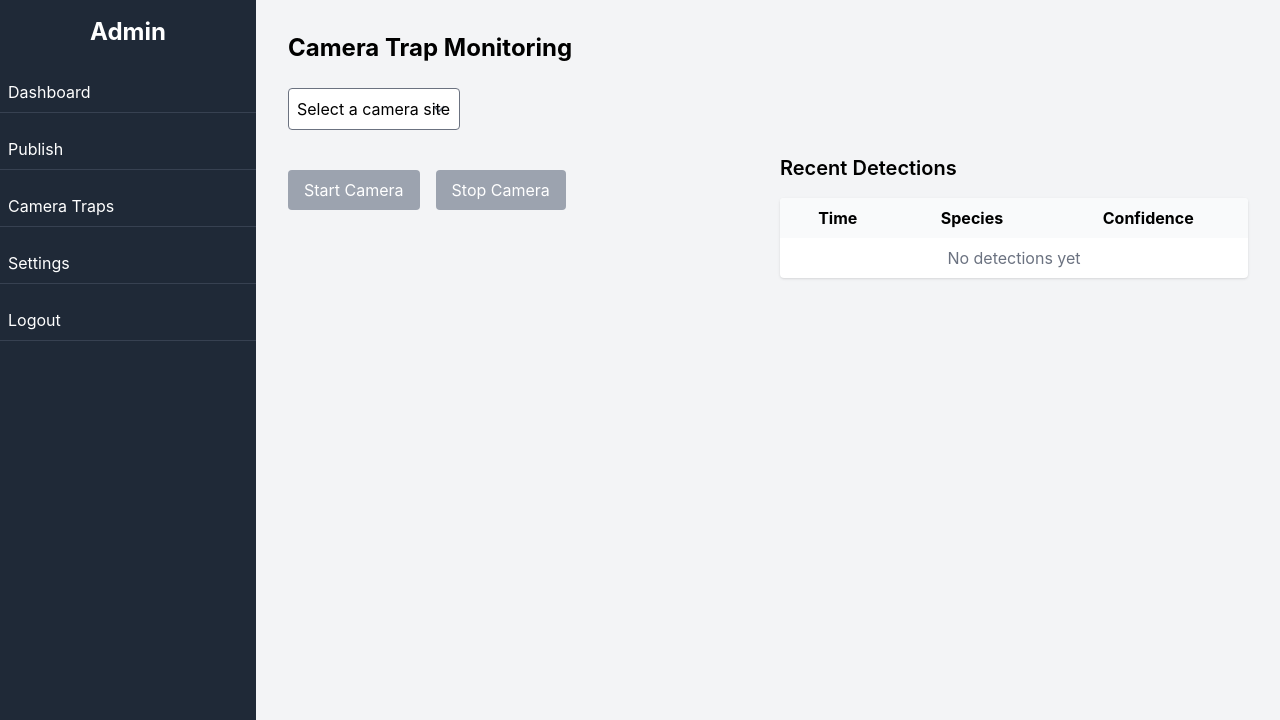
Repository: DominicMathew240/wildlife
Page: /pages/admin/dashboard/camera_traps
The author's editor kept a copy of each file at every save. The page is drawn from the files as they stood at one save, then again after a run of saves.
The browser window is 1280 px wide. The pictures show the whole page.
Some web libraries are served in a nearby version. The project was rebuilt for these pictures with package versions that can differ from the ones it lists, and the page was loaded fresh each time. The framework's server and built-in components were replaced by stand-ins that run in the browser. Also part of the build but not shown: next.config.mjs.

Above is the page before, as saved 2024-11-25 19:02:20.

### src/app/layout.js
import localFont from "next/font/local";
import "./globals.css";

const geistSans = localFont({
  src: "./fonts/GeistVF.woff",
  variable: "--font-geist-sans",
  weight: "100 900",
});
const geistMono = localFont({
  src: "./fonts/GeistMonoVF.woff",
  variable: "--font-geist-mono",
  weight: "100 900",
});

export const metadata = {
  title: "Wild Life",
  description: "Wild Life of Sarawak",
};

export default function RootLayout({ children }) {
  return (
    <html lang="en">
      <head>
        <link href="https://cdn.jsdelivr.net/npm/flowbite@2.5.1/dist/flowbite.min.css" rel="stylesheet" />
      </head>
      <body className={`${geistSans.variable} ${geistMono.variable} antialiased`} >
        {children}

        <script src="https://cdn.jsdelivr.net/npm/flowbite@2.5.1/dist/flowbite.min.js"></script>
      </body>
    </html>
  );
}

### src/app/pages/admin/dashboard/camera_traps/page.js
'use client';

import React, { useState, useRef, useEffect } from 'react';
import Sidebar from "../../components/sidebar";
import axios from 'axios';

// Add these camera sites
const CAMERA_SITES = [
    { id: "0002-A", name: "Site 0002-A", coordinate_x: 506314, coordinate_y: 17234, elevation: 279 },
    { id: "0002-B", name: "Site 0002-B", coordinate_x: 516314, coordinate_y: 160293, elevation: 308 },
];

export default function CameraTraps() {
    const videoRef = useRef(null);
    const canvasRef = useRef(null);
    const [selectedSite, setSelectedSite] = useState('');
    const [isRecording, setIsRecording] = useState(false);
    const [detections, setDetections] = useState([]);
    const [siteInfo, setSiteInfo] = useState(null);
    const [error, setError] = useState(null);
    const [lastProcessedTime, setLastProcessedTime] = useState(0);

    const processFrames = async () => {
        if (!videoRef.current || !canvasRef.current || !isRecording) {
            console.log('Missing refs or not recording', {
                hasVideo: !!videoRef.current,
                hasCanvas: !!canvasRef.current,
                isRecording
            });
            return;
        }

        // Throttle processing to once every 500ms
        const currentTime = Date.now();
        if (currentTime - lastProcessedTime < 500) {
            requestAnimationFrame(processFrames);
            return;
        }
        setLastProcessedTime(currentTime);

        console.log('Processing new frame');
        const context = canvasRef.current.getContext('2d');
        context.drawImage(videoRef.current, 0, 0, 640, 480);

        const frame = canvasRef.current.toDataURL('image/jpeg', 0.8);

        try {
            const response = await axios.post('http://localhost:8000/api/detect', {
                frame,
                site_id: selectedSite
            });

            console.log('Server response:', response.data);

            if (response.data.detections?.length > 0) {
                const detection = response.data.detections[0];
                if (detection.confidence >= 0.7) {
                    const newDetection = {
                        id: Date.now(),
                        site_id: selectedSite,
                        species: detection.species,
                        confidence: detection.confidence,
                        timestamp: new Date().toISOString(),
                        image_path: detection.image_path
                    };
                    setDetections(prev => [newDetection, ...prev]);
                }
            }
        } catch (err) {
            console.error('Detection error:', err);
        }

        if (isRecording) {
            requestAnimationFrame(processFrames);
        }
    };

    const startCamera = async () => {
        try {
            console.log('Starting camera...');
            setError(null);

            const stream = await navigator.mediaDevices.getUserMedia({
                video: { width: 640, height: 480 }
            });

            console.log('Got camera stream');

            if (videoRef.current) {
                videoRef.current.srcObject = stream;
                videoRef.current.onloadedmetadata = async () => {
                    try {
                        await videoRef.current.play();
                        console.log('Video playing, setting isRecording to true');
                        setIsRecording(true);
                        // Start processing frames after a short delay to ensure everything is ready
                        setTimeout(() => {
                            console.log('Starting frame processing');
                            processFrames();
                        }, 100);
                    } catch (err) {
                        console.error('Error playing video:', err);
                        setError('Failed to start video playback: ' + err.message);
                    }
                };
            }
        } catch (err) {
            console.error('Camera error:', err);
            setError('Failed to access camera: ' + err.message);
        }
    };

    const stopCamera = () => {
        console.log('Stopping camera...');
        setIsRecording(false);
        if (videoRef.current?.srcObject) {
            const tracks = videoRef.current.srcObject.getTracks();
            tracks.forEach(track => track.stop());
            videoRef.current.srcObject = null;
        }
        console.log('Camera stopped');
    };

    useEffect(() => {
        return () => {
            stopCamera();
        };
    }, []);

    // Rest of your component remains the same...
    return (
        <div className="flex flex-row h-screen bg-gray-100">
            <Sidebar />
            <div className="flex-1 p-8">
                <h1 className="text-2xl font-bold mb-6">Camera Trap Monitoring</h1>

                {/* Site Selection */}
                <div className="mb-6">
                    <select
                        value={selectedSite}
                        onChange={(e) => {
                            console.log('Selected site:', e.target.value);
                            setSelectedSite(e.target.value);
                            const site = CAMERA_SITES.find(site => site.id === e.target.value);
                            setSiteInfo(site);
                        }}
                        className="p-2 border rounded"
                        disabled={isRecording}
                    >
                        <option value="">Select a camera site</option>
                        {CAMERA_SITES.map(site => (
                            <option key={site.id} value={site.id}>
                                {site.name}
                            </option>
                        ))}
                    </select>
                </div>

                {/* Site Info */}
                {siteInfo && (
                    <div className="mb-6 p-4 bg-white rounded shadow">
                        <h2 className="text-lg font-semibold mb-2">Site Information</h2>
                        <p>Location: ({siteInfo.coordinate_x}, {siteInfo.coordinate_y})</p>
                        <p>Elevation: {siteInfo.elevation}m</p>
                    </div>
                )}

                {/* Camera Feed */}
                <div className="flex gap-6">
                    <div className="w-1/2">
                        <div className="relative bg-black rounded overflow-hidden">
                            <video
                                ref={videoRef}
                                className="w-full"
                                style={{ display: isRecording ? 'block' : 'none' }}
                            />
                            <canvas
                                ref={canvasRef}
                                width={640}
                                height={480}
                                className="hidden"
                            />
                            {!isRecording && (
                                <div className="absolute inset-0 flex items-center justify-center text-white">
                                    Camera Off
                                </div>
                            )}
                        </div>
                        <div className="mt-4 flex gap-4">
                            <button
                                onClick={startCamera}
                                disabled={!selectedSite || isRecording}
                                className="px-4 py-2 bg-green-500 text-white rounded disabled:bg-gray-400"
                            >
                                Start Camera
                            </button>
                            <button
                                onClick={stopCamera}
                                disabled={!isRecording}
                                className="px-4 py-2 bg-red-500 text-white rounded disabled:bg-gray-400"
                            >
                                Stop Camera
                            </button>
                        </div>
                    </div>

                    {/* Recent Detections */}
                    <div className="w-1/2">
                        <h2 className="text-xl font-semibold mb-4">Recent Detections</h2>
                        <div className="bg-white rounded shadow overflow-hidden">
                            <table className="w-full">
                                <thead className="bg-gray-50">
                                    <tr>
                                        <th className="px-4 py-2">Time</th>
                                        <th className="px-4 py-2">Species</th>
                                        <th className="px-4 py-2">Confidence</th>
                                    </tr>
                                </thead>
                                <tbody>
                                    {detections.map(detection => (
                                        <tr key={detection.id} className="border-t">
                                            <td className="px-4 py-2">
                                                {new Date(detection.timestamp).toLocaleTimeString()}
                                            </td>
                                            <td className="px-4 py-2">{detection.species}</td>
                                            <td className="px-4 py-2">
                                                {(detection.confidence * 100).toFixed(1)}%
                                            </td>
                                        </tr>
                                    ))}
                                    {detections.length === 0 && (
                                        <tr>
                                            <td colSpan={3} className="px-4 py-2 text-center text-gray-500">
                                                No detections yet
                                            </td>
                                        </tr>
                                    )}
                                </tbody>
                            </table>
                        </div>
                    </div>
                </div>

                {error && (
                    <div className="mt-4 p-4 bg-red-100 text-red-700 rounded">
                        {error}
                    </div>
                )}
            </div>
        </div>
    );
}

### src/app/globals.css
@tailwind base;
@tailwind components;
@tailwind utilities;

.thank-you-animation {
    font-size: 3rem;
    animation: bounce 1s infinite;
}

@keyframes bounce {
    0%, 100% {
        transform: translateY(0);
    }
    50% {
        transform: translateY(-20px);
    }
}

html {
    scroll-behavior: smooth;
}

### src/app/pages/admin/components/sidebar.js
import React from "react";
import Link from "next/link";

export default function Sidebar() {
    return (
        <aside className="flex flex-col justify-start items-center w-64 h-screen bg-gray-800 text-white">
            <h1 className="text-2xl font-bold mt-4">Admin</h1>
            <ul className="flex flex-col justify-start items-center w-full mt-4">
                <Link href="/pages/admin/dashboard" className="w-full p-2 my-2 border-b border-gray-700">Dashboard</Link>
                <Link href="/pages/admin/dashboard/admin_publish" className="w-full p-2 my-2 border-b border-gray-700">Publish</Link>
                <Link href="/pages/admin/dashboard/camera_traps" className="w-full p-2 my-2 border-b border-gray-700">Camera Traps</Link>
                <Link href="/pages/admin/dashboard/admin_roles" className="w-full p-2 my-2 border-b border-gray-700">Settings</Link>
                <a href="/" className="w-full p-2 my-2 border-b border-gray-700">Logout</a>
            </ul>
        </aside>
    );
}

Loaded but not shown: tailwind.config.js (common file)

After the next 2 saves:
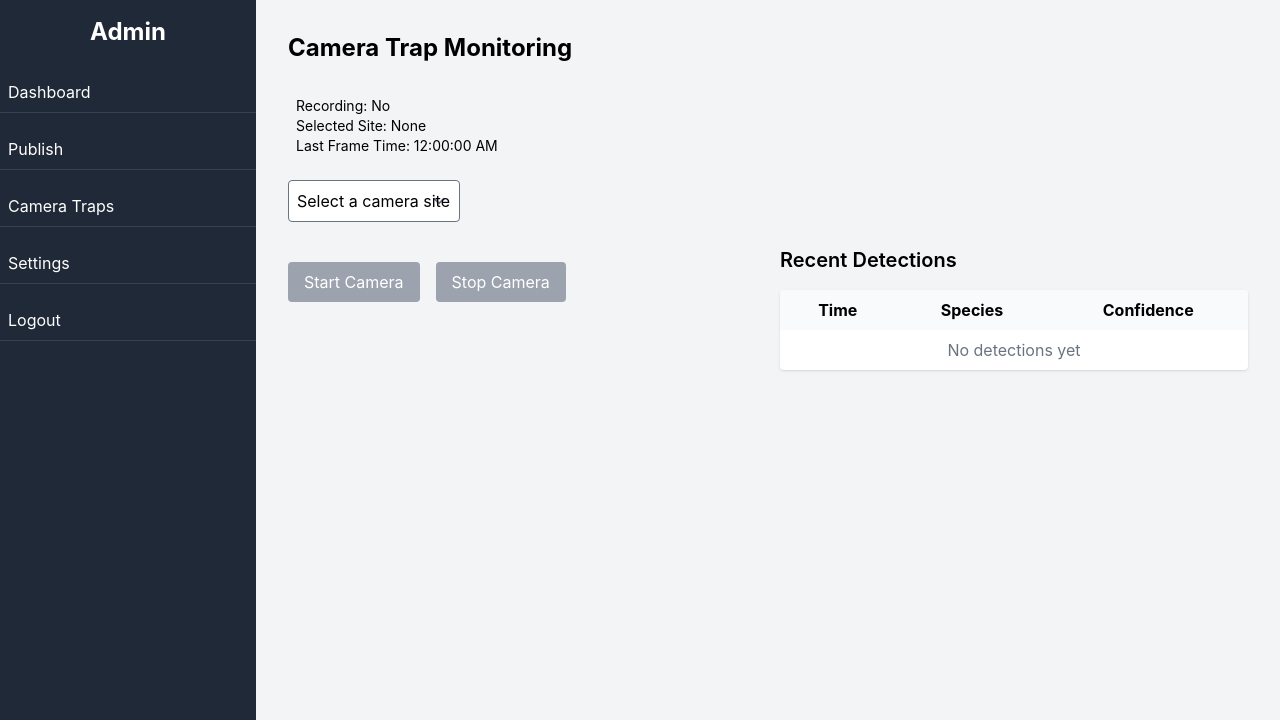
The 2 saves are shown as one change because they came seconds apart.
The last was saved 24 s later.
--- a/src/app/pages/admin/dashboard/camera_traps/page.js
+++ b/src/app/pages/admin/dashboard/camera_traps/page.js
@@ -133,6 +133,13 @@ export default function CameraTraps() {
             <Sidebar />
             <div className="flex-1 p-8">
                 <h1 className="text-2xl font-bold mb-6">Camera Trap Monitoring</h1>
+
+                {/* Debug info */}
+                <div className="mb-4 p-2 bg-gray-100 text-sm">
+                    <p>Recording: {isRecording ? 'Yes' : 'No'}</p>
+                    <p>Selected Site: {selectedSite || 'None'}</p>
+                    <p>Last Frame Time: {new Date(lastProcessedTime).toLocaleTimeString()}</p>
+                </div>
 
                 {/* Site Selection */}
                 <div className="mb-6">
